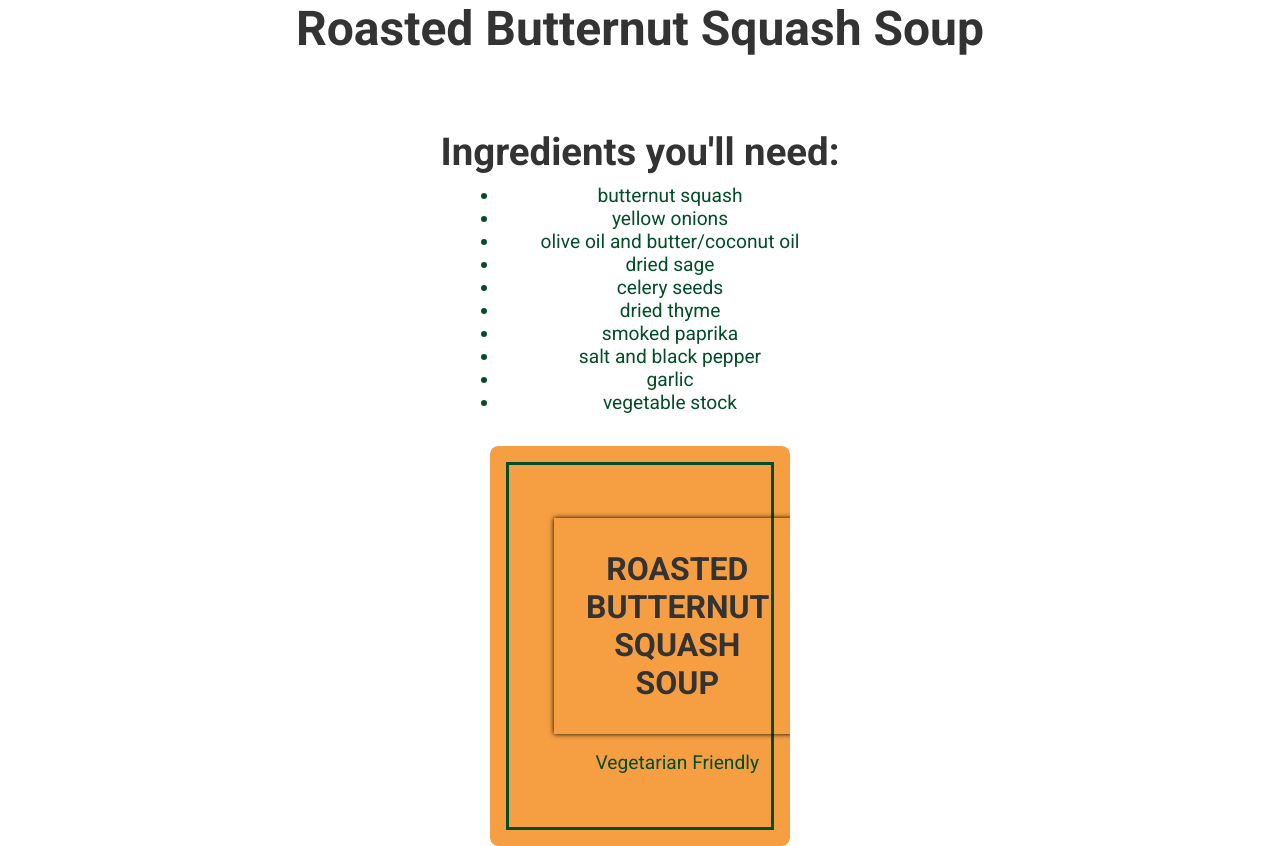
Repository: IDMX225/css-card-flip-LyssaMA
Page: src/index.html
These files come from the project's save history. The page is drawn as it stood at one moment and after the next save; the edit follows.
The browser window is 1280 px wide. The pictures show the whole page.
The style sheet was rebuilt from its Sass, Less or Tailwind sources for each picture, by a compiler version that may differ from the author's.

Above is the page before, as saved 2024-11-12 20:01:26.
Not found: src/js/index.js

### src/index.html
<!DOCTYPE html>
<html lang="en">

<head>
  <meta charset="UTF-8">
  <meta name="viewport" content="width=device-width, initial-scale=1.0">
  <meta name="description" content="A modern CSS page">
  <meta name="generator" content="Eleventy v1.2">
  <title>Recipe</title>
  <link rel="shortcut icon" href="images/squash.png" type="image/png">
  <link rel="stylesheet" href="css/main.css">
</head>

<body>
  <!-- Title above the card -->
  <div class="title-above-card">Roasted Butternut Squash Soup</div>

  <!-- Ingredients Section -->
  <div class="ingredients">
    <div class="ingredients-heading">Ingredients you'll need:</div>
    <ul class="ingredients-list">
      <li>butternut squash</li>
      <li>yellow onions</li>
      <li>olive oil and butter/coconut oil</li>
      <li>dried sage</li>
      <li>celery seeds</li>
      <li>dried thyme</li>
      <li>smoked paprika</li>
      <li>salt and black pepper</li>
      <li>garlic</li>
      <li>vegetable stock</li>
    </ul>
  </div>

  <!-- The Card with the Recipe Title inside -->
  <div class="card">
    <div class="card__content">
      <div class="card__front">
        <h3 class="card__title">Roasted Butternut Squash Soup</h3>
        <p class="card__subtitle">Vegetarian Friendly</p>
      </div>

      <div class="card__back">
        <p class="card__body">To roast the squash, simply place the seasoned squash onto two large baking sheets lined
          with aluminum foil for easy cleanup. Roast in the oven for 45 minutes at 400°F.
          There's no need to flip over the squash halfway through roasting. Just let it go for 45 minutes and that's it!
          Enjoy!</p>
      </div>
    </div>
  </div>

  <script src="js/index.js"></script>
</body>

</html>

### src/sass/main.scss
/* Import Google Fonts */
@import url('https://fonts.googleapis.com/css2?family=Roboto:wght@400;700&display=swap');

:root {
  --level-three: translateZ(9rem);
  --fw-normal: 400;
  --fw-bold: 700;
  --clr: #f59e42; /* Squash Soup Orange */
  --clr-dark: #331710; /* Dark brown for the card back */
  --font-family: 'Roboto', sans-serif;
}

*,
*::before,
*::after {
  box-sizing: border-box;
  margin: 0;
}

body {
  font-family: var(--font-family);
  height: 100vh;
  display: grid;
  place-items: center;
}

/* Title Above the Card */
.title-above-card {
  font-family: var(--font-family);
  font-size: 3rem; /* Larger size for the title */
  font-weight: var(--fw-bold);
  text-align: center;
  margin-bottom: 1.5em; /* Space between title and ingredients */
  color: #333; /* Dark color for the title */
}

/* Ingredients Section */
.ingredients {
  text-align: center;
  margin-bottom: 2em; /* Space between ingredients and card */
}

.ingredients-heading {
  font-family: var(--font-family);
  font-size: 2.4rem; /* Larger size for "Ingredients you'll need:" */
  font-weight: var(--fw-bold);
  color: #333; /* Dark color */
  margin-bottom: 10px; /* Adds space between the heading and the ingredient list */
}

.ingredients-list {
  font-family: var(--font-family);
  font-size: 1.2rem; /* Regular size for the list items */
  color: #034d28; /* Dark green color */
  list-style-type: disc; /* Use bullet points for the list */
  margin-left: 20px; /* Indentation for the list items */
}

/* Card Container */
.card {
  width: 300px;
  height: 400px;
  perspective: 1000px;
  border-radius: 8px;
  overflow: hidden;
}

/* Card Content */
.card__content {
  position: relative;
  width: 100%;
  height: 100%;
  transform-style: preserve-3d;
  transition: transform 0.6s;
}

.card:hover .card__content {
  transform: rotateY(180deg);
}

.card__front,
.card__back {
  position: absolute;
  top: 0;
  left: 0;
  right: 0;
  bottom: 0;
  backface-visibility: hidden;
  display: grid;
  justify-items: center;
  align-items: center;
  border-radius: 8px;
}

/* Front of the Card */
.card__front {
  background-color: var(--clr);
  color: #034d28; /* Dark green text for contrast */
  padding: 4em;  /* Add space around the content inside the front of the card */
}

.card__front::before {
  content: '';
  position: absolute;
  top: 1em;
  bottom: 1em;
  left: 1em;
  right: 1em;
  border: 3px solid currentColor;
}

/* Title on Card Front */
.card__title {
  font-family: var(--font-family);
  font-size: 2rem;
  font-weight: var(--fw-bold);
  text-transform: uppercase;
  color: #333;
  box-shadow: 0 0 5px black;
  padding: 1em; /* Padding inside the box for space from the border */
  z-index: 1;  /* Ensure it's above the border */
  text-align: center;
}

/* Subtitle on Card */
.card__subtitle {
  font-family: var(--font-family);
  font-size: 1.2rem;
  font-weight: var(--fw-normal);
}

/* Back of the Card */
.card__back {
  background: var(--clr-dark);
  color: #f7d07d;
  transform: rotateY(180deg);
}

.card__body {
  font-family: var(--font-family);
  font-size: 1rem;
  line-height: 1.5;
  padding: 1em;
  text-align: center;
}

After the next save:
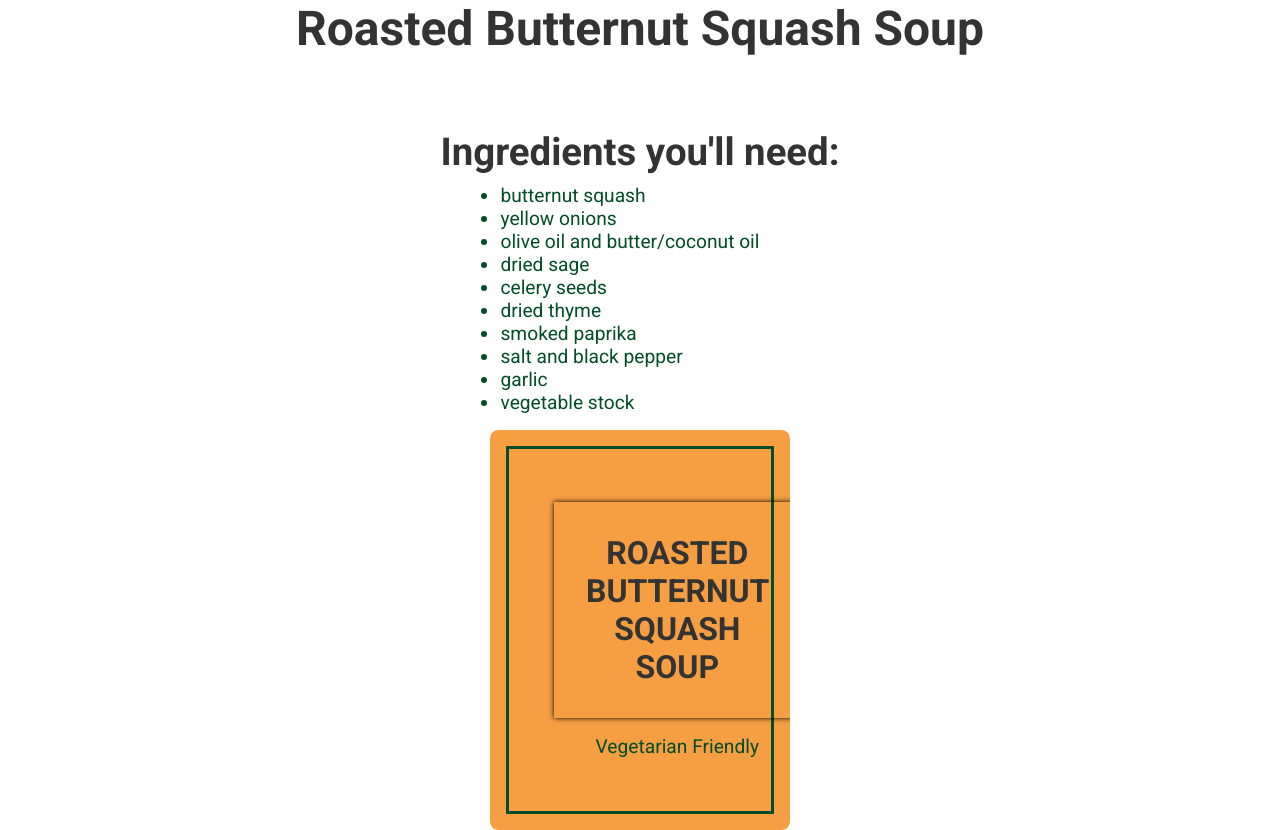
Saved 2 min 13 s later.
--- a/src/sass/main.scss
+++ b/src/sass/main.scss
@@ -36,8 +36,8 @@ body {
 
 /* Ingredients Section */
 .ingredients {
-  text-align: center;
-  margin-bottom: 2em; /* Space between ingredients and card */
+  text-align: left;
+  margin-bottom: 1em; /* Space between ingredients and card */
 }
 
 .ingredients-heading {
